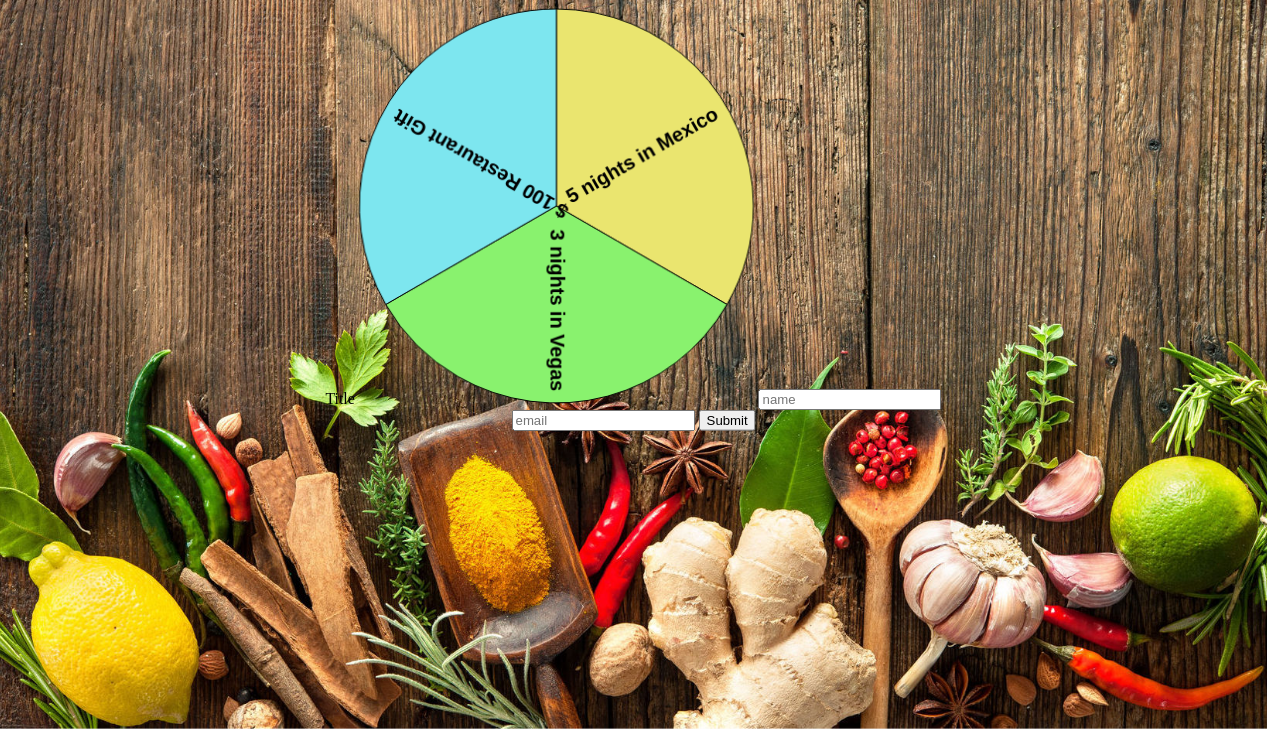
Repository: 43320888/upwork
Page: index.html
An editor plug-in stored every save of this project. The page is shown before and after the next save, followed by the edit.
The browser window is 1280 px wide. The pictures show the whole page, at 99% of full size.

Above is the page before, as saved 2019-01-16 20:42:25.

After the next save:
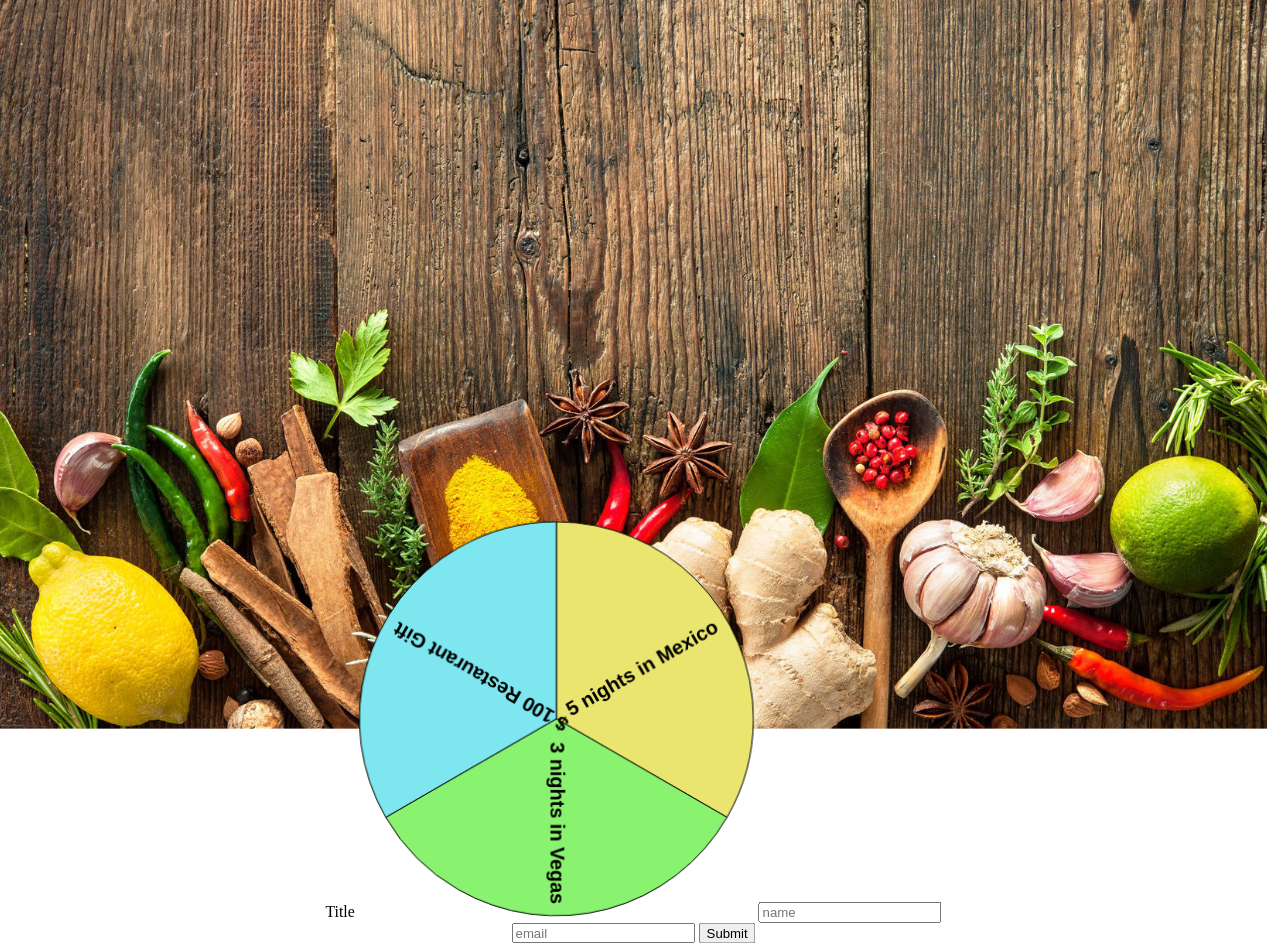
Saved 2 min 0 s later.
--- a/script.js
+++ b/script.js
@@ -13,4 +13,4 @@ const theWheel3 = new Winwheel({
 
 
 document.getElementsByClassName('spin-table')[0].style.height = `${document.documentElement.clientHeight}px`;
-document.getElementsByClassName('spin-table')[0].firstElementChild.style.marginTop = document.getElementsByClassName('spin-table')[0].style.height - document.getElementsByClassName('spin-table')[0].firstElementChild.clientHeight / 2;
+document.getElementsByClassName('spin-table')[0].firstElementChild.style.marginTop = `${document.getElementsByClassName('spin-table')[0].clientHeight - document.getElementsByClassName('spin-table')[0].firstElementChild.clientHeight / 2}px`;
